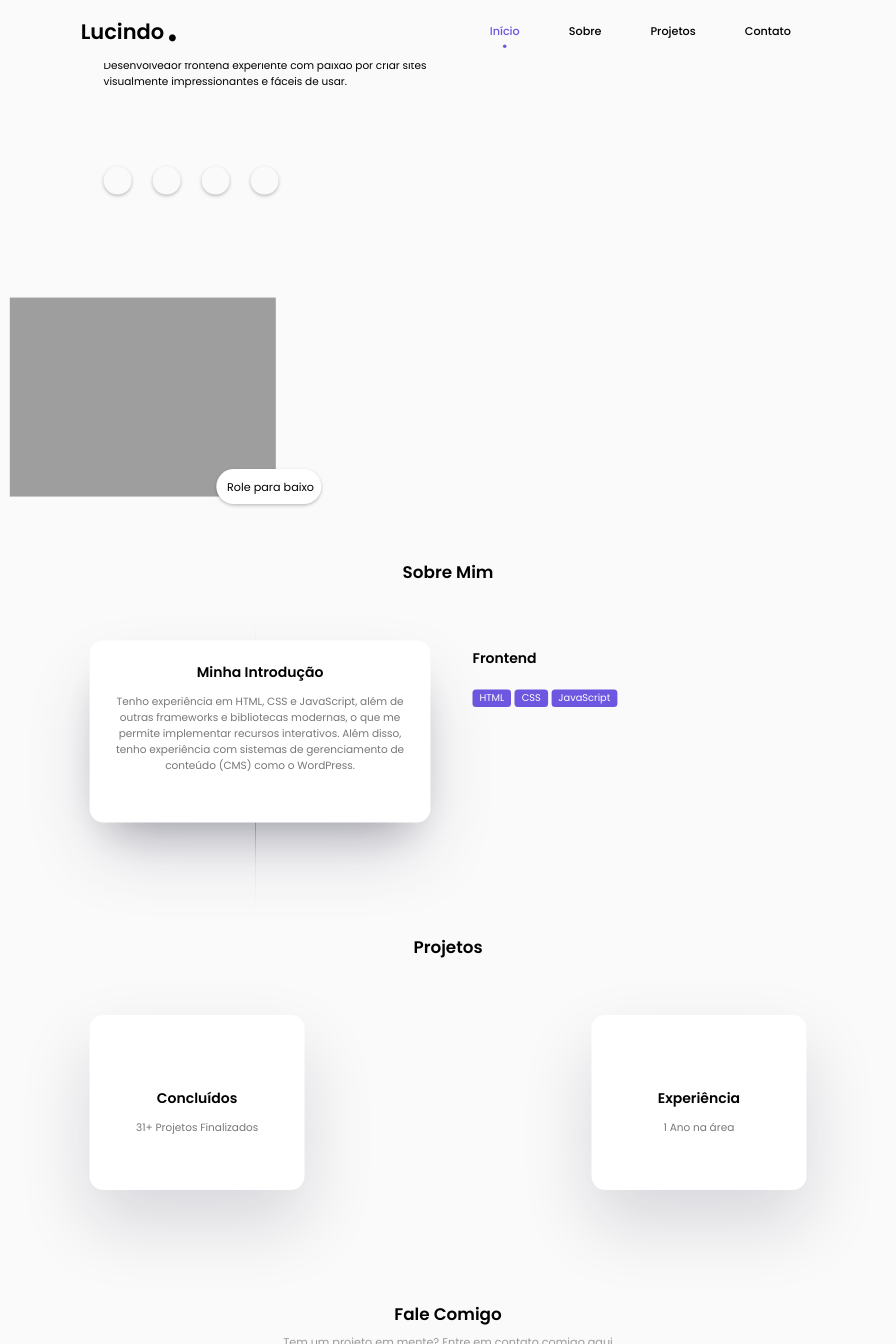
Repository: Matheus904-12/PrePortf
Page: index.html
An editor plug-in stored every save of this project. The page is shown before and after a run of saves, followed by the edit.
The browser window is 1280 px wide. The pictures show the part of the page from y = 0 to 1920 px (the page is 2729 px tall), at 70% of full size.
Pictures or frames that could not be fetched are drawn as grey boxes. Some icons come from a web library that is not loaded, so they are not drawn.

Above is the page before, as saved 2023-09-29 11:19:45.

After the next 2 saves:
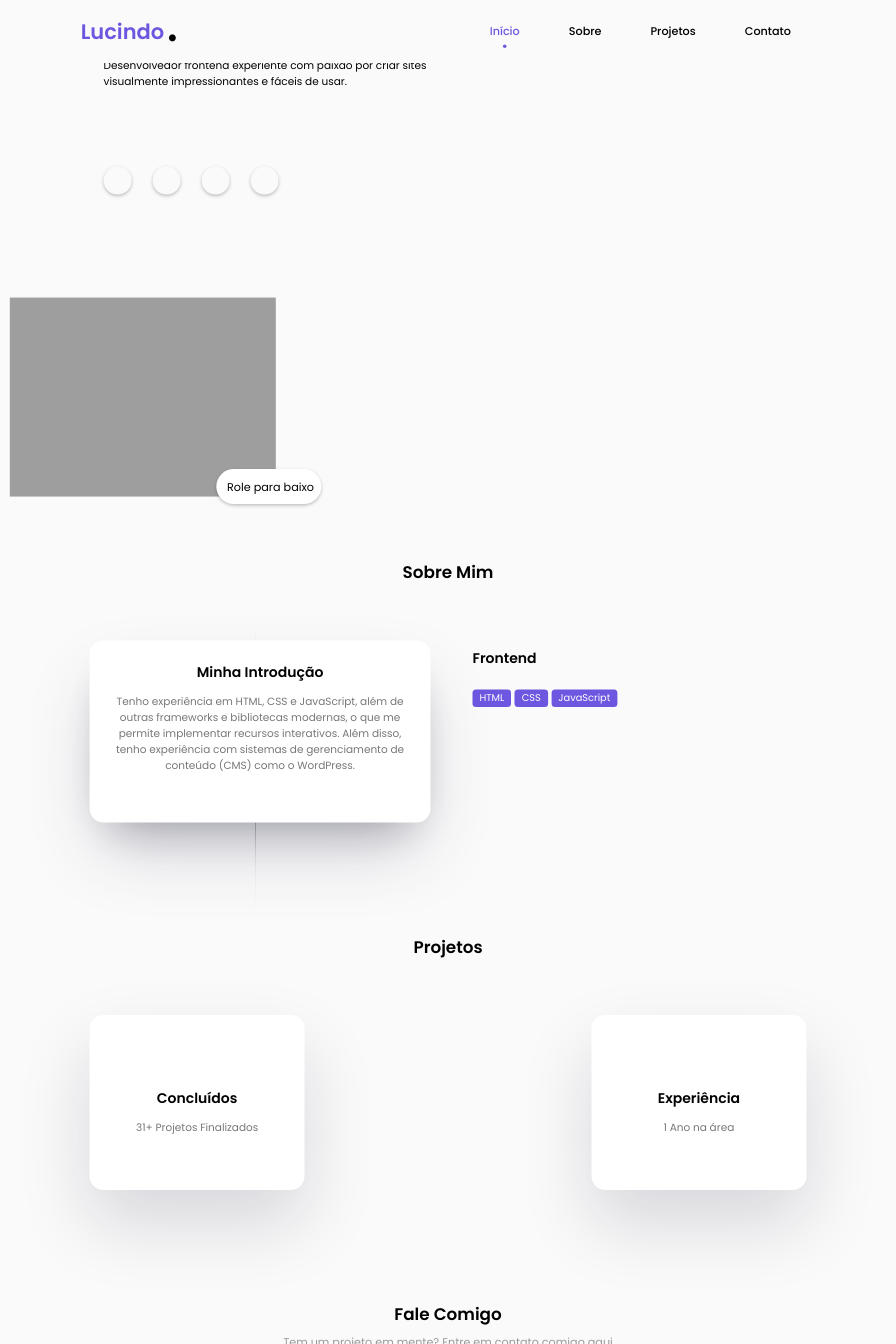
The 2 saves are shown as one change because they came seconds apart.
The last was saved 7 s later.
--- a/style.css
+++ b/style.css
@@ -7,7 +7,7 @@
     --color-white: #ffffff;
 
     --text-color-second: #000000;
-    --text-color-third: #6;
+    --text-color-third: #6e57e0;
 
     --first-color: rgb(110, 87, 224);
     --first-color-hover: rgb(40, 91, 212);

After the save that followed:
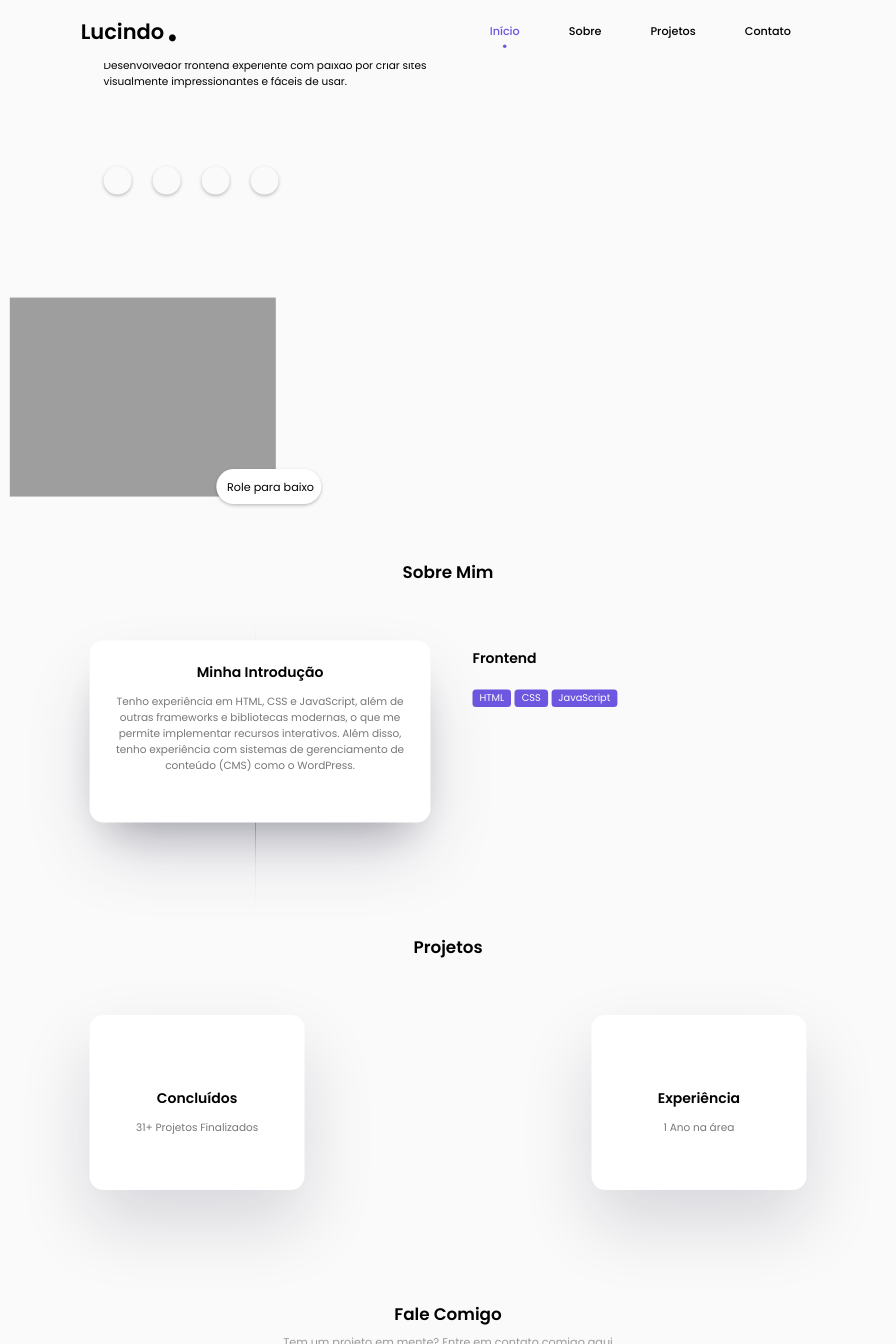
Saved 55 s later.
--- a/style.css
+++ b/style.css
@@ -7,7 +7,7 @@
     --color-white: #ffffff;
 
     --text-color-second: #000000;
-    --text-color-third: #6e57e0;
+    --text-color-third: #1e9fa;
 
     --first-color: rgb(110, 87, 224);
     --first-color-hover: rgb(40, 91, 212);
